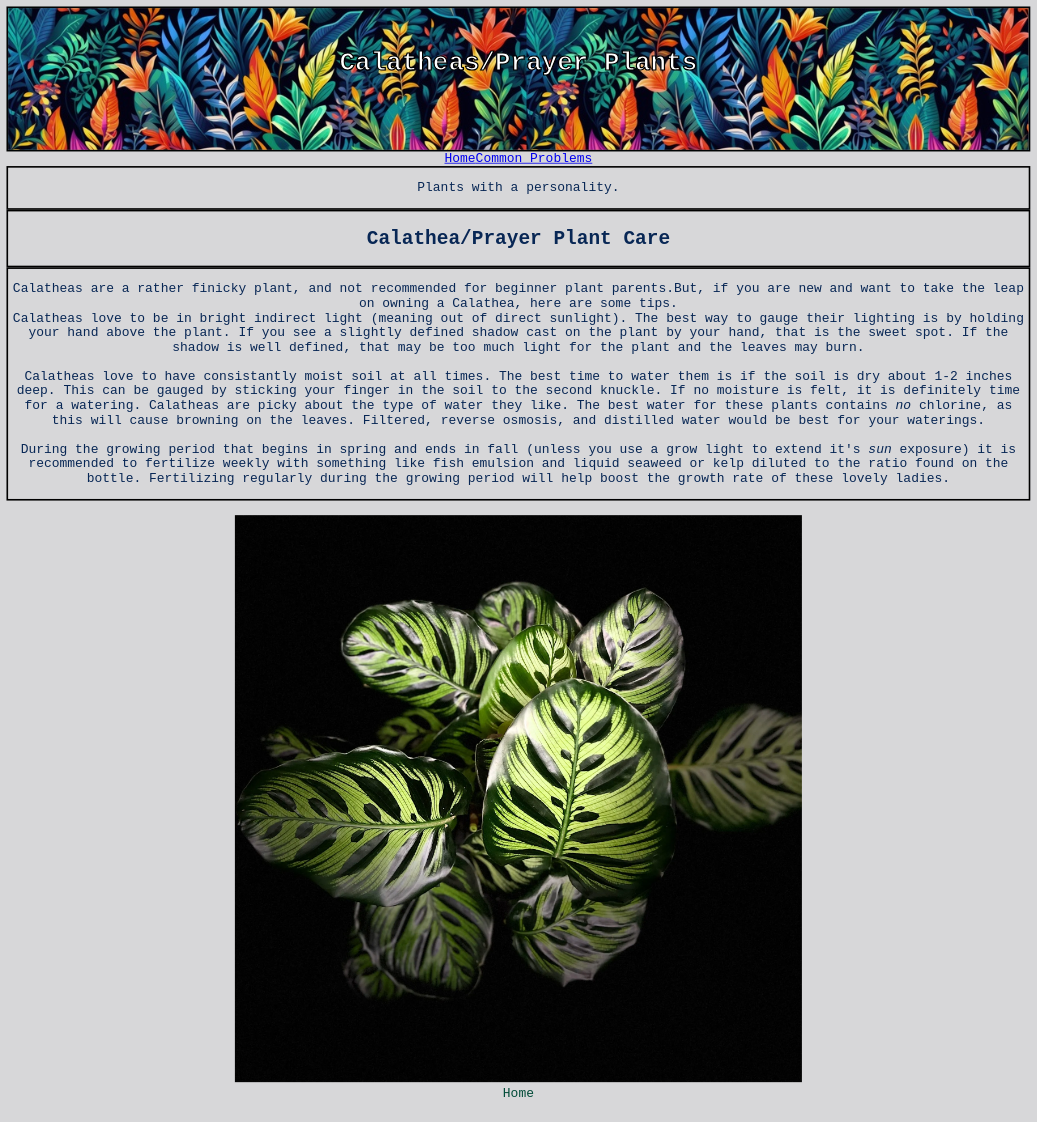
Repository: swillis91/odin-recipies
Page: Planty Page/calatheas.html
An editor plug-in stored every save of this project. The page is shown before and after the next save, followed by the edit.
The browser window is 1280 px wide. The pictures show the whole page, at 81% of full size.

Above is the page before, as saved 2023-08-14 23:26:12.

### Planty Page/calatheas.html
<!DOCTYPE html>
    <html>
        <head>
            <title>Calatheas</title>
            <link href="style.css" rel="stylesheet"
        </head>
        <body>
            <h1 class="heading"><b>Calatheas/Prayer Plants</b></h1>
            <Nav><a href='./index'>Home</a><a href='./problems'>Common Problems</a></Nav>
            <div class="box">
              <p>Plants with a personality.</p>
            </div>
            <div class="box">
                <h2 class="species">Calathea/Prayer Plant Care</h2>
            </div>
            <div class="box">
              <p class="care">Calatheas are a rather finicky plant, and not recommended for beginner plant parents.But, if you are new and want to take the leap on owning a Calathea, here are some tips.
                <br>
                Calatheas love to be in bright indirect light (meaning out of direct sunlight). The best way to gauge their lighting is by holding your hand above the plant. If you see a slightly defined shadow cast on the plant by your hand, that is the sweet spot. If the shadow is well defined, that may be too much light for the plant and the leaves may burn.
                <br><br>
                Calatheas love to have consistantly moist soil at all times. The best time to water them is if the soil is dry about 1-2 inches deep. This can be gauged by sticking your finger in the soil to the second knuckle. If no moisture is felt, it is definitely time for a watering. Calatheas are picky about the type of water they like. The best water for these plants contains <em>no</em> chlorine, as this will cause browning on the leaves. Filtered, reverse osmosis, and distilled water would be best for your waterings.
                <br><br>
                During the growing period that begins in spring and ends in fall (unless you use a grow light to extend it's <i>sun</i> exposure) it is recommended to fertilize weekly with something like fish emulsion and liquid seaweed or kelp diluted to the ratio found on the bottle. Fertilizing regularly during the growing period will help boost the growth rate of these lovely ladies.</p>
            </div>
            <br>
                <img src="./Images/makoyana.webp" id="calathea makoyana" width="700px">
            <footer>
                <nav>
                    <a href="./index.html" class="navigation">Home</a>

                </nav>
            </footer>
        </body>
    </html>

### Planty Page/style.css
body{
    background-color: rgb(215, 215, 217);
    color:rgb(8, 39, 85);
    text-align: center;
    font-family: 'Permanent Marker', cursive;
    font-family: 'Space Mono', monospace;
}

.heading{
    color: rgb(0, 0, 0);
    -webkit-text-fill-color: rgb(255, 255, 255);
    -webkit-text-stroke-width: 1.5px;
    -webkit-text-stroke-color: rgb(0, 0, 0);
    text-transform: capitalize;
    border: 2px solid rgb(0, 3, 3);
    background-image: url('Images/banner.jpg');
    height: 75px;
    margin: 0 auto;
    padding:50px 20px;

}

div.box{
    border:2px solid black;
    display: flex;
    margin-left: auto;
    flex-direction:column;
    align-content: center;
}

#calathea-makoyana{
    width: 500px;
    Height: auto:
}

.navigation{
    color:rgb(1, 75, 56);
    text-decoration: none;
}

a:hover{
    color: rgb(20, 220, 2);
    background-color: rgb(5, 55, 1);
}

After the next save:
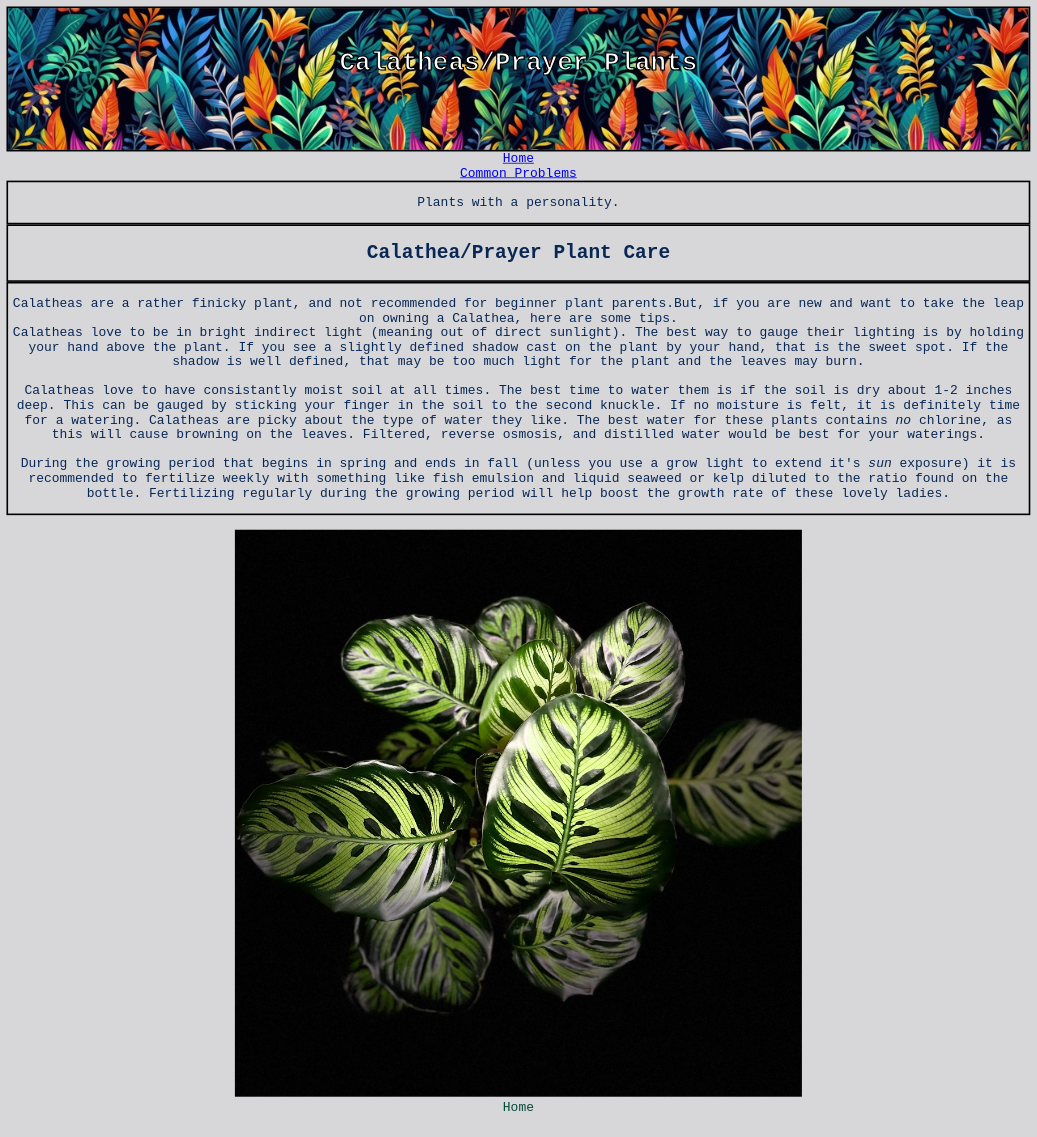
Saved 43 s later.
--- a/Planty Page/calatheas.html
+++ b/Planty Page/calatheas.html
@@ -6,7 +6,8 @@
         </head>
         <body>
             <h1 class="heading"><b>Calatheas/Prayer Plants</b></h1>
-            <Nav><a href='./index'>Home</a><a href='./problems'>Common Problems</a></Nav>
+            <Nav><a href='./index'>Home</a></Nav
+            <nav><a href='./problems'>Common Problems</a></Nav>
             <div class="box">
               <p>Plants with a personality.</p>
             </div>
